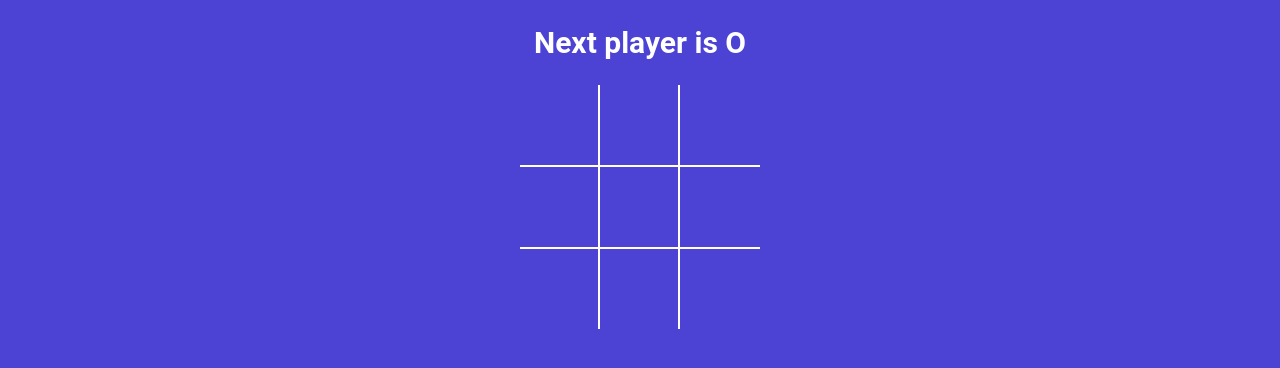
Repository: NoobAjay/tictactoe-game
Page: /
These files come from the project's save history. The page is drawn as it stood at one moment and after the next save; the edit follows.
The browser window is 1280 px wide. The pictures show the whole page.
The project was rebuilt for these pictures with package versions that can differ from the ones it lists, and the page was loaded fresh each time. Also part of the build but not shown: vite.config.js.

Above is the page before, as saved 2023-03-22 11:57:37.

### src/App.jsx
import './styles.scss';
import { useState } from 'react';
import Board from './components/Board';
import { calculateWinner } from './winner';
import StatusMessage from './components/StatusMessage';

function App() {
  const [squares, setSquares] = useState(Array(9).fill(null));
  const [isXNext, setIsXNext] = useState(false);

  const winner = calculateWinner(squares);
  const nextPlayer = isXNext ? 'X' : 'O';
  const statusMessage = winner
    ? `Winner is ${winner}`
    : `Next player is ${nextPlayer}`;

  const handleSquareClick = clickedPosition => {
    if (squares[clickedPosition] || winner) {
      return;
    }
    setSquares(currentSquares => {
      return currentSquares.map((squareValue, position) => {
        if (clickedPosition === position) {
          return isXNext ? 'X' : '0';
        }
        return squareValue;
      });
    });

    setIsXNext(currentIsXNext => !currentIsXNext);
  };

  return (
    <div className="app">
      <h2>{statusMessage}</h2>
      <Board squares={squares} handleSquareClick={handleSquareClick} />
    </div>
  );
}

export default App;

### src/components/Board.jsx
import React from 'react';
import Square from './Square';

const Board = ({ squares, handleSquareClick }) => {
  const renderSquare = position => {
    return (
      <Square
        value={squares[position]}
        onClick={() => handleSquareClick(position)}
      />
    );
  };
  return (
    <div className="board">
      <div className="board-row">
        {renderSquare(0)}
        {renderSquare(1)}
        {renderSquare(2)}
      </div>
      <div className="board-row">
        {renderSquare(3)}
        {renderSquare(4)}
        {renderSquare(5)}
      </div>
      <div className="board-row">
        {renderSquare(6)}
        {renderSquare(7)}
        {renderSquare(8)}
      </div>
    </div>
  );
};

export default Board;

### src/components/StatusMessage.jsx
import React from 'react';

const StatusMessage = () => {
  return <div>StatusMessage</div>;
};

export default StatusMessage;

Loaded but not shown: index.html (common file); src/main.jsx (common file); src/styles.scss (common file); src/winner.js (common file); src/components/Square.jsx (common file)

After the next save:
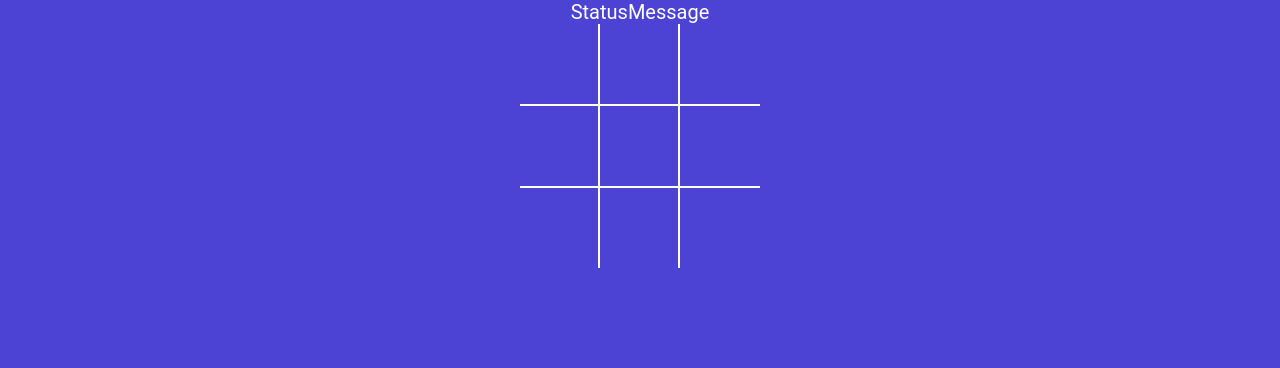
Saved 5 min 6 s later.
--- a/src/App.jsx
+++ b/src/App.jsx
@@ -9,10 +9,6 @@ function App() {
   const [isXNext, setIsXNext] = useState(false);
 
   const winner = calculateWinner(squares);
-  const nextPlayer = isXNext ? 'X' : 'O';
-  const statusMessage = winner
-    ? `Winner is ${winner}`
-    : `Next player is ${nextPlayer}`;
 
   const handleSquareClick = clickedPosition => {
     if (squares[clickedPosition] || winner) {
@@ -32,7 +28,7 @@ function App() {
 
   return (
     <div className="app">
-      <h2>{statusMessage}</h2>
+      <StatusMessage winner={winner} isXNext={isXNext} squares={squares} />
       <Board squares={squares} handleSquareClick={handleSquareClick} />
     </div>
   );
